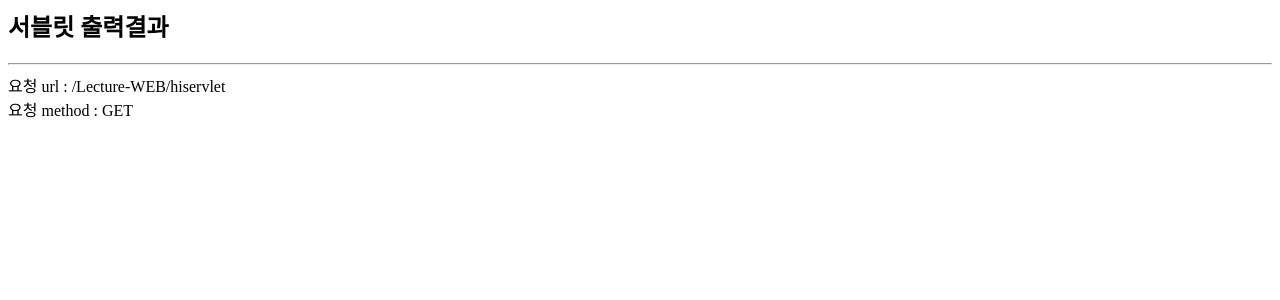
Repository: baenom/java_lecture
Page: http://localhost/Lecture-WEB/hiservlet
These files come from the project's save history. The page is drawn as it stood at one moment and after the next save; the edit follows.
The browser window is 1280 px wide. The pictures show the whole page.
The page is served by Tomcat 10. Other server files are loaded and not shown.

Above is the page before, as saved 2026-08-31 01:09:49.

### Lecture-WEB/src/main/java/kr/ac/kopo/servlet/HiServlet.java
package kr.ac.kopo.servlet;

import java.io.IOException;
import java.io.PrintWriter;

import jakarta.servlet.ServletConfig;
import jakarta.servlet.ServletException;
import jakarta.servlet.annotation.WebServlet;
import jakarta.servlet.http.HttpServlet;
import jakarta.servlet.http.HttpServletRequest;
import jakarta.servlet.http.HttpServletResponse;

@WebServlet("/hiservlet")
public class HiServlet extends HttpServlet {

	@Override
	public void init(ServletConfig config) throws ServletException {
		// TODO Auto-generated method stub
		super.init(config);
	}

	@Override
	public void service(HttpServletRequest req, HttpServletResponse res) throws ServletException, IOException {

		String uri = req.getRequestURI();
		String method = req.getMethod();
		System.out.println(uri);
		System.out.println(method);

		res.setContentType("text/html; charset = utf-8");
		PrintWriter out = res.getWriter();
		out.println("<html>");
		out.println("<head>");
		out.println("<title> 서블릿 응답 </title>");
		out.println("</head>");
		out.println("<body>");
		out.println("<h2> 서블릿 출력결과 </h2>");
		out.println("<hr>");
		out.println("요청 url : "+ uri+ "<br>");
		out.println("요청 method : "+ method+ "<br>");
		out.println("</body>");
		out.println("</html>");

	}

	@Override
	public void destroy() {
		// TODO Auto-generated method stub
		super.destroy();
	}



}

After the next save:
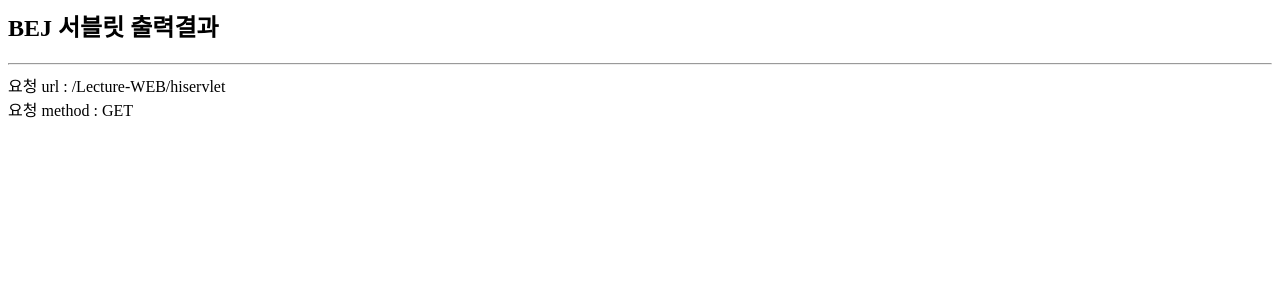
Saved 8 min 4 s later.
--- a/Lecture-WEB/src/main/java/kr/ac/kopo/servlet/HiServlet.java
+++ b/Lecture-WEB/src/main/java/kr/ac/kopo/servlet/HiServlet.java
@@ -31,10 +31,10 @@ public class HiServlet extends HttpServlet {
 		PrintWriter out = res.getWriter();
 		out.println("<html>");
 		out.println("<head>");
-		out.println("<title> 서블릿 응답 </title>");
+		out.println("<title> BEJ 서블릿 응답 </title>");
 		out.println("</head>");
 		out.println("<body>");
-		out.println("<h2> 서블릿 출력결과 </h2>");
+		out.println("<h2> BEJ 서블릿 출력결과 </h2>");
 		out.println("<hr>");
 		out.println("요청 url : "+ uri+ "<br>");
 		out.println("요청 method : "+ method+ "<br>");
